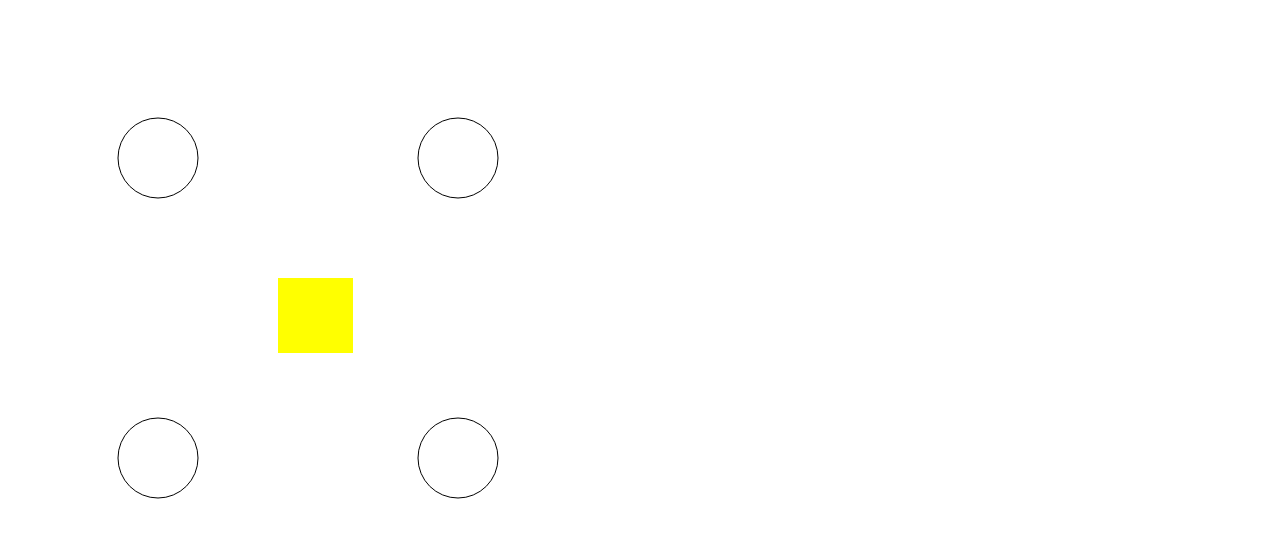
Repository: facio313/Python
Page: HELLO_PYTHON/day17/templates/canvas.html
These files come from the project's save history. The page is drawn as it stood at one moment and after the next save; the edit follows.
The browser window is 1280 px wide. The pictures show the whole page.

Above is the page before, as saved 2022-12-15 10:41:24.

### HELLO_PYTHON/day17/templates/canvas.html
<!DOCTYPE html>
<html>
<head>
<meta charset="UTF-8">
<title>Insert title here</title>
</head>
<body onload="loader()">
<script>
function loader(){
	var canvas = document.getElementById( "canvas" );   // canvas 객체
	var ctx = canvas.getContext( "2d" );      // 2d canvas 획득

	ctx.beginPath();
	ctx.arc(150, 150, 40, 0, Math.PI*2, false );
	ctx.stroke();

	ctx.beginPath();
	ctx.arc(450, 150, 40, 0, Math.PI*2, false );
	ctx.stroke();

	ctx.beginPath();
	ctx.arc(450, 450, 40, 0, Math.PI*2, false );
	ctx.stroke();

	ctx.beginPath();
	ctx.arc(150, 450, 40, 0, Math.PI*2, false );
	ctx.stroke();

	ctx.fillStyle = "rgba(255, 255, 0, 1)";
	ctx.fillRect (270, 270, 75, 75);
}
</script>

 <canvas id="canvas" width="600" height="500"/>

</body>
</html>

After the next save:
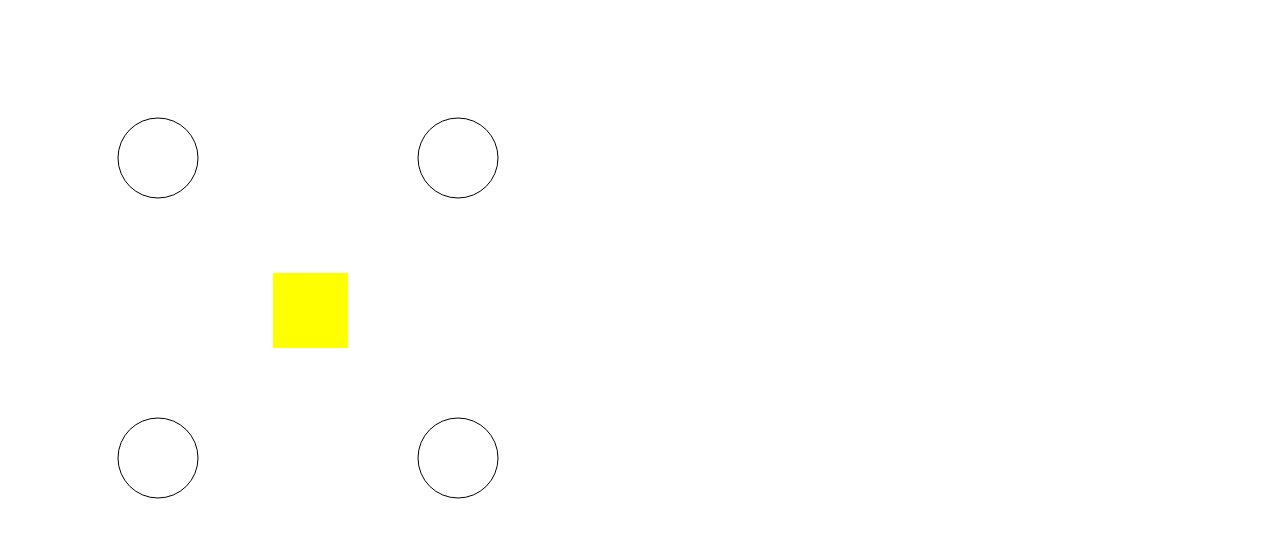
Saved 2 min 11 s later.
--- a/HELLO_PYTHON/day17/templates/canvas.html
+++ b/HELLO_PYTHON/day17/templates/canvas.html
@@ -27,7 +27,7 @@ function loader(){
 	ctx.stroke();
 
 	ctx.fillStyle = "rgba(255, 255, 0, 1)";
-	ctx.fillRect (270, 270, 75, 75);
+	ctx.fillRect (265, 265, 75, 75);
 }
 </script>
 
